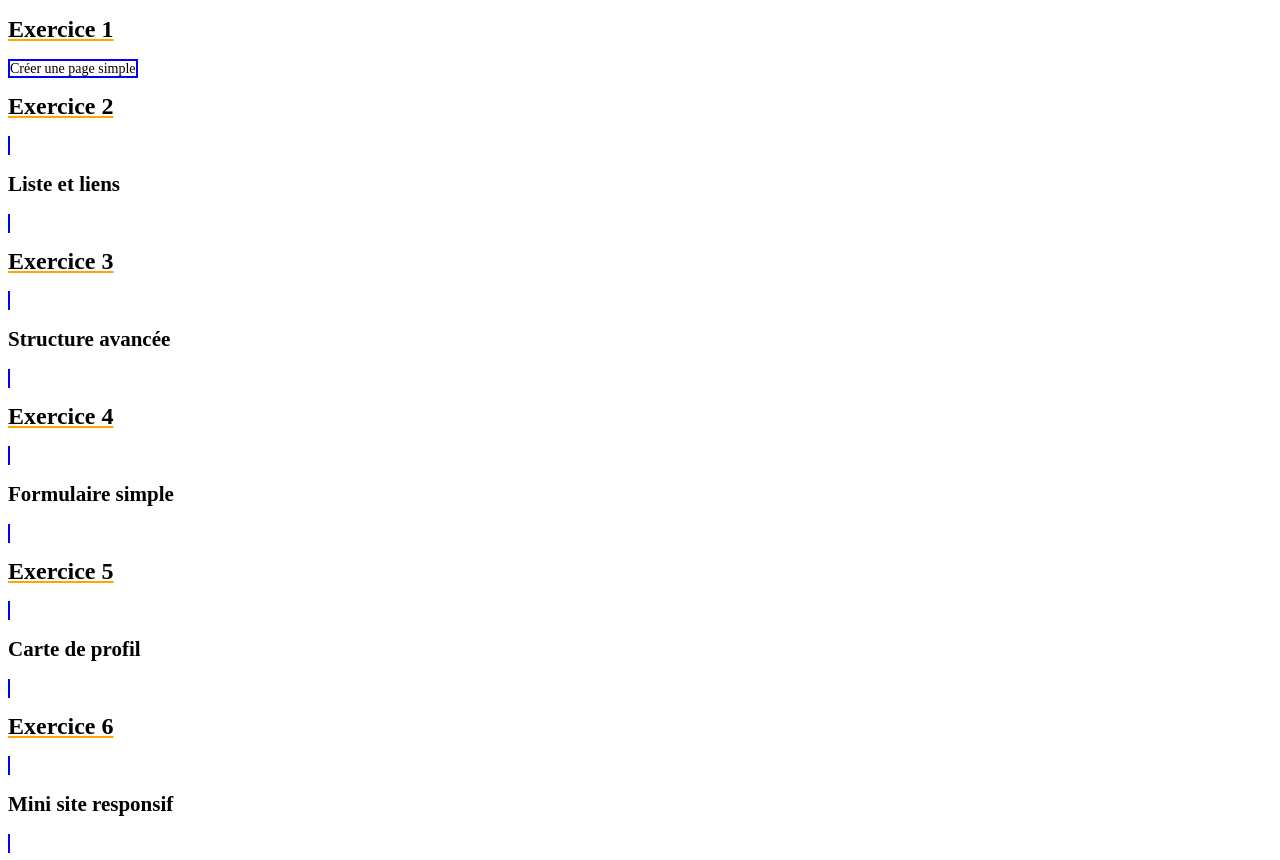
Repository: AnnaSpirit/Mimo_App
Page: Exercices_HTML&CSS.html
An editor plug-in stored every save of this project. The page is shown before and after a run of saves, followed by the edit.
The browser window is 1280 px wide. The pictures show the whole page.

Above is the page before, as saved 2024-12-05 16:25:14.

### Exercices_HTML&CSS.html
<!DOCTYPE html>
<html lang="en">
<head>
    <meta charset="UTF-8">
    <meta name="viewport" content="width=device-width, initial-scale=1.0">
    <link rel="stylesheet" href="styleCSS.css">
    <title>Document</title>
</head>
<body>
    <div><h1>Exercice 1</h1>
    <span class="Consigne">Créer une page simple</span>
    </div>
    <div><h1>Exercice 2</h1>
        <ul></ul>
    <span class="Consigne">
        <h2>Liste et liens</h2>
    </span>
    </div>
    <div><h1>Exercice 3</h1>
        <ul></ul>
    <span class="Consigne">
        <h2>Structure avancée</span>
    </div>
    <div><h1>Exercice 4</h1>
        <ul></ul>
    <span class="Consigne">
        <h2>Formulaire simple</span>
    </div>
    <div><h1>Exercice 5</h1>
        <ul></ul>
    <span class="Consigne">
        <h2>Carte de profil</span>
    </div>
    <div><h1>Exercice 6</h1>
        <ul></ul>
    <span class="Consigne">
        <h2>Mini site responsif</span>
    </div>
</body>
</html>

### styleCSS.css
h1{
    font-weight: bold;
    font-size: x-large;
    text-decoration: underline orange;
}
.Consigne{
    border: 2px solid blue;
    font-size: 14px;
}

After the next 2 saves:
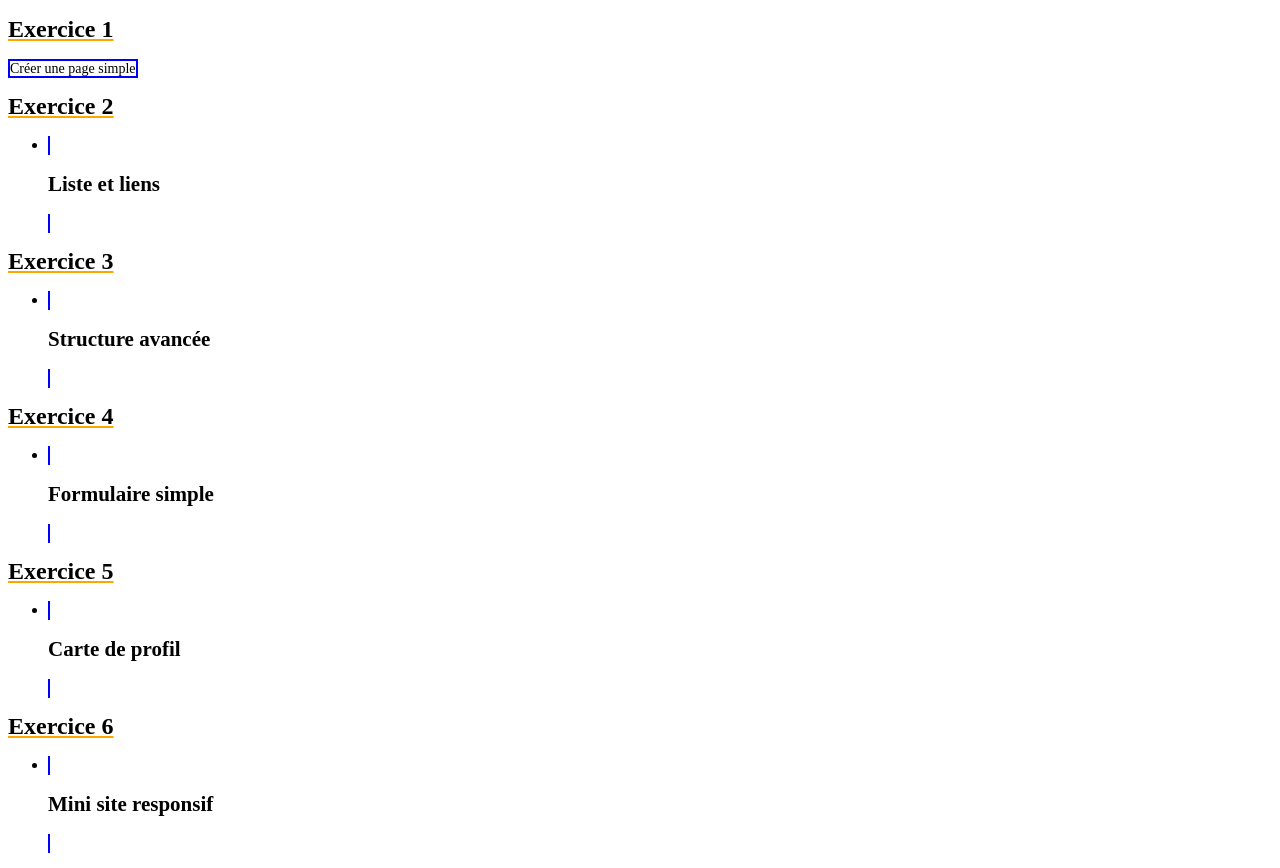
The 2 saves are shown as one change because they came seconds apart.
The last was saved 9 s later.
--- a/Exercices_HTML&CSS.html
+++ b/Exercices_HTML&CSS.html
@@ -11,28 +11,38 @@
     <span class="Consigne">Créer une page simple</span>
     </div>
     <div><h1>Exercice 2</h1>
-        <ul></ul>
+        <ul>
+            <li
+        </ul>
     <span class="Consigne">
         <h2>Liste et liens</h2>
     </span>
     </div>
     <div><h1>Exercice 3</h1>
-        <ul></ul>
+        <ul>
+            <li
+        </ul>
     <span class="Consigne">
         <h2>Structure avancée</span>
     </div>
     <div><h1>Exercice 4</h1>
-        <ul></ul>
+        <ul>
+            <li
+        </ul>
     <span class="Consigne">
         <h2>Formulaire simple</span>
     </div>
     <div><h1>Exercice 5</h1>
-        <ul></ul>
+        <ul>
+            <li
+        </ul>
     <span class="Consigne">
         <h2>Carte de profil</span>
     </div>
     <div><h1>Exercice 6</h1>
-        <ul></ul>
+        <ul>
+            <li
+        </ul>
     <span class="Consigne">
         <h2>Mini site responsif</span>
     </div>
